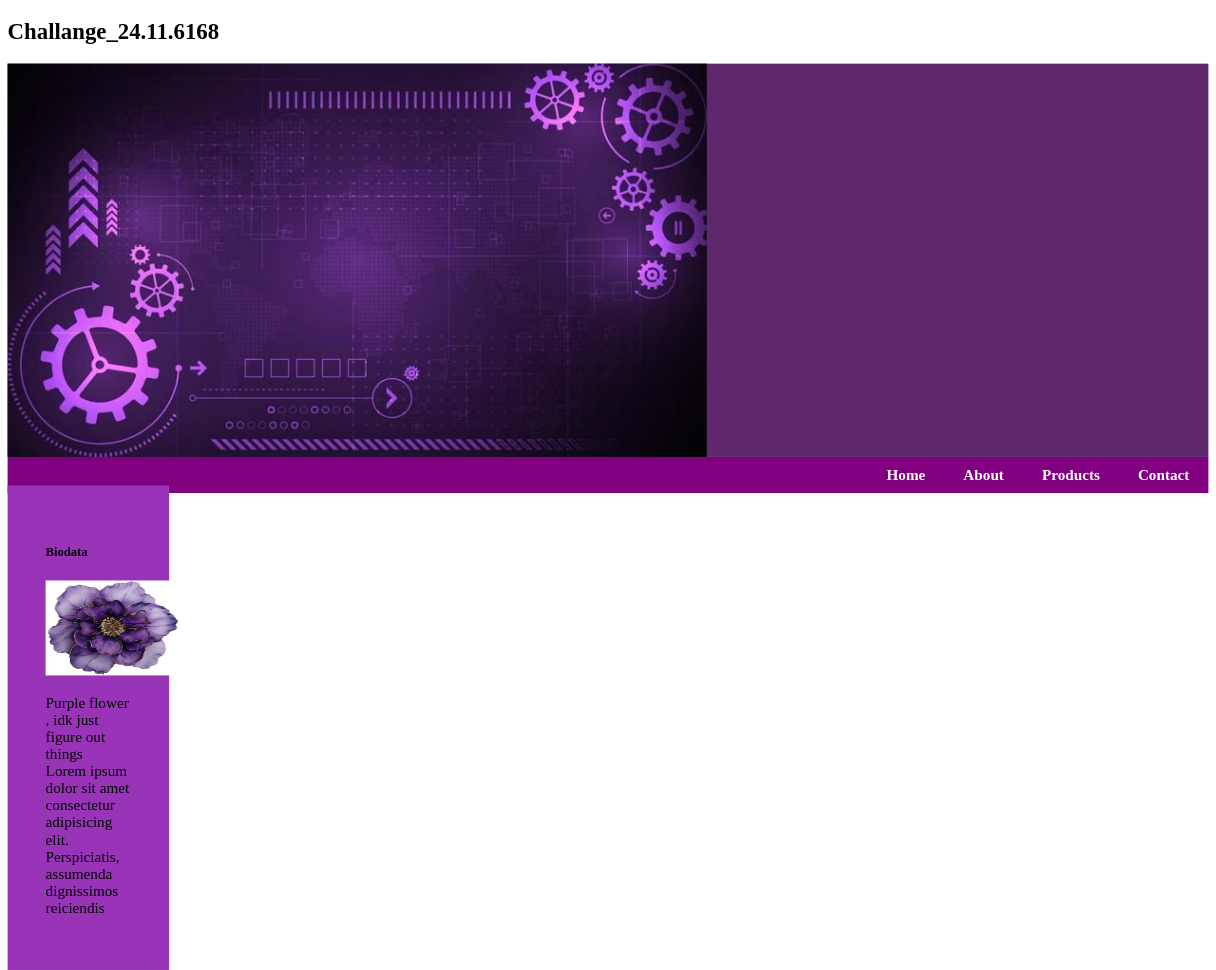
Repository: Ms-Ulfiyahrustam/p5_pemogramanweb
Page: index.html
An editor plug-in stored every save of this project. The page is shown before and after the next save, followed by the edit.
The browser window is 1280 px wide. The pictures show the whole page, at 95% of full size.

Above is the page before, as saved 2026-04-27 09:37:05.

### index.html
<!DOCTYPE html>
<html lang="en">
<head>
    <meta charset="UTF-8">
    <meta name="viewport" content="width=device-width, initial-scale=1.0">
    <link rel="stylesheet" href="style.css">
    <title>Document</title>
</head>
<body class="">
    <h2>Challange_24.11.6168</h2>
    <div class="flex-container">
        <img src="download.jpg" alt="">
    </div>
    <div class="leftside">
        <h5>Biodata</h5>
        <img src="purple.jpg" alt="" width="140" height="100" >
        <p>Purple flower , idk just figure out things <br>
            Lorem ipsum dolor sit amet consectetur adipisicing elit. Perspiciatis, assumenda dignissimos reiciendis  <br>
        </p>
    </div>
    <div class="midplace">
<nav class="menu">
  <ul>
    <li><a href="#">Home</a></li>
    <li><a href="#">About</a></li>
    <li><a href="#">Products</a></li>
    <li><a href="#">Contact</a></li>
  </ul>
</nav>
        </div>
</body>
</html>

### style.css


.flex-container{
    display: flex;
    background-color: rgb(95, 40, 109);
    margin: auto;
}

.leftside{
    width:90px;
    padding: 40px;
    float:left;
    background-color: rgb(153, 52, 184);
    margin-top: 30px;

}

.rightside{

}

.midplace{
    background-color: purple;
    color: azure;

}

.menu {
  background-color: purple;
  padding: 10px 0;
}

.menu ul {
  display: flex;
  justify-content: right;
  list-style: none;
  margin: 0;
  padding: 0;
}

.menu li {
  margin: 0 20px;
}

.menu a {
  text-decoration: none;
  color: white;
  font-weight: bold;
}

After the next save:
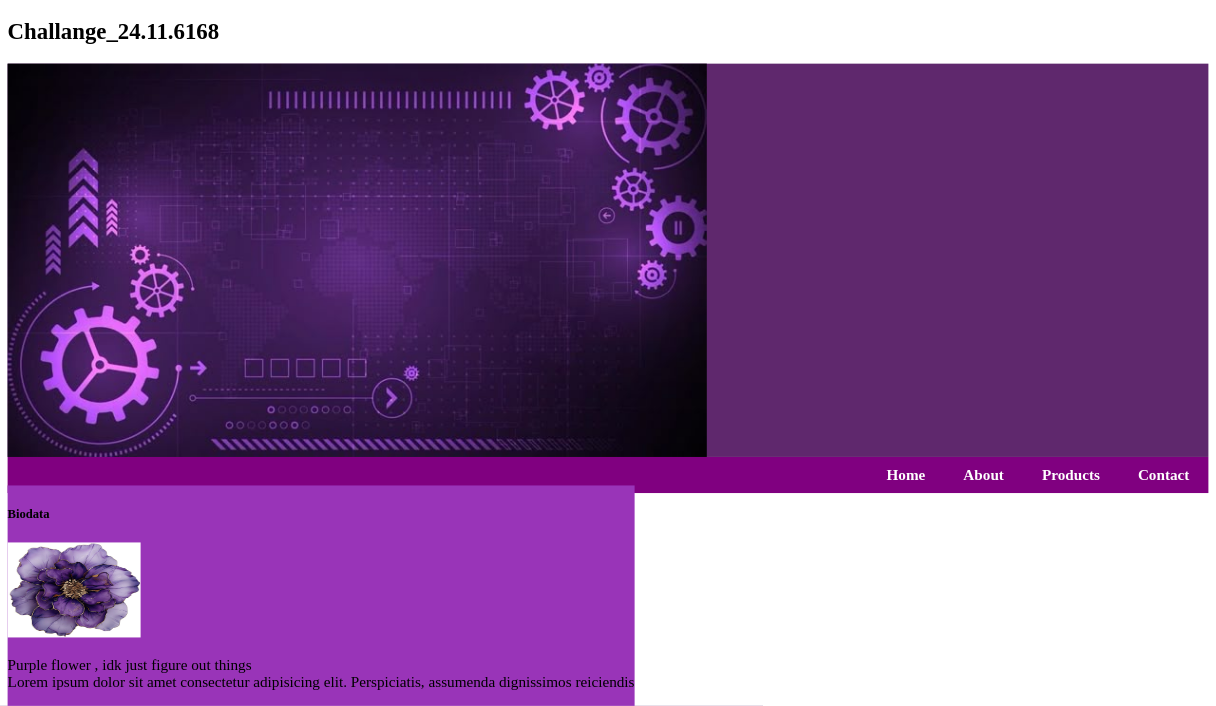
Saved 33 s later.
--- a/style.css
+++ b/style.css
@@ -7,8 +7,7 @@
 }
 
 .leftside{
-    width:90px;
-    padding: 40px;
+
     float:left;
     background-color: rgb(153, 52, 184);
     margin-top: 30px;
